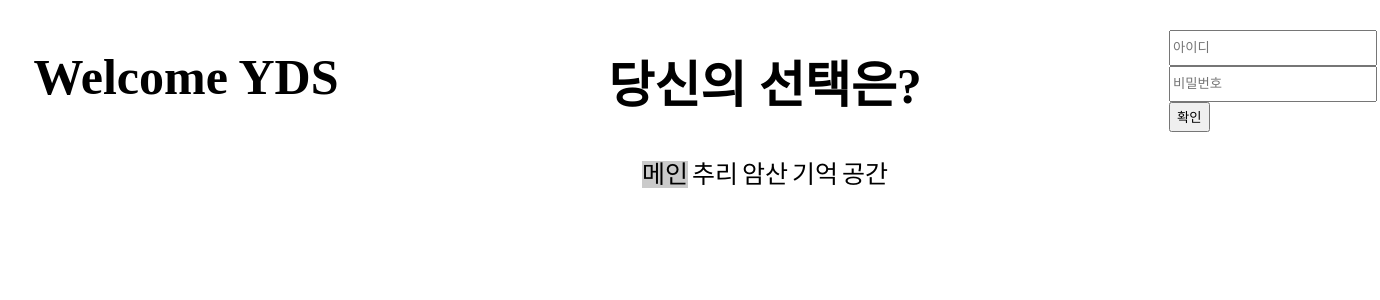
Repository: ejrtn/springbootMaven
Page: deoksu/src/main/resources/static/join.html
An editor plug-in stored every save of this project. The page is shown before and after the next save, followed by the edit.
The browser window is 1280 px wide. The page is 1380 px wide, so the pictures cover 1380 px, including what lies to the right of the window. The pictures show the whole page.

Above is the page before, as saved 2021-04-10 13:09:19.

### deoksu/src/main/resources/static/join.html
<!DOCTYPE html>
<html>
<head>
<meta charset="UTF-8">
<title>Insert title here</title>
<script src="http://code.jquery.com/jquery-latest.min.js"></script>
<script type="text/javascript">
function chkPW(){

 	var pw = $("#password").val();
 	var num = pw.search(/[0-9]/g);
 	var eng = pw.search(/[a-z]/ig);
 	var spe = pw.search(/[`~!@@#$%^&*|₩₩₩'₩";:₩/?]/gi);

 	if(pw.length < 8 || pw.length > 20){
  		alert("8자리 ~ 20자리 이내로 입력해주세요.");
  		return false;
 	}else if(pw.search(/\s/) != -1){
  		alert("비밀번호는 공백 없이 입력해주세요.");
  		return false;
 	}else if(num < 0 || eng < 0 || spe < 0 ){
  		alert("영문,숫자, 특수문자를 혼합하여 입력해주세요.");
  		return false;
 	}else {
    	return true;
	}

}
</script>
</head>
<body>
	<div align="center">
		<table>
			<tr>
				<td>
					<h1 align="center" style="font-size: 50px; width: 350px; height:66px;">Welcome YDS</h1>
				</td>
				<td>
					<h1 align="center"  style="font-size: 50px; width: 400px; margin-left: 200px; margin-right: 200px;">당신의 선택은?</h1>
				</td>
				<td>
					<input type="text" placeholder="아이디" style="height: 30px; width: 200px;">
					<input type="password" placeholder="비밀번호" style="height: 30px; width: 200px;">
					<input type="button" value="확인" style="height: 30px;">
				</td>
			</tr>
			<tr align="center">
				<td></td>
				<td>
					<label style="font-size: 25px; cursor: pointer; background-color: #9e9e9e8c;" onclick="location.href='/'">메인</label>
					<label style="font-size: 25px; cursor: pointer;" onclick="location.href='sudoku'">추리</label>
					<label style="font-size: 25px; cursor: pointer;" onclick="location.href='math'">암산</label>
					<label style="font-size: 25px; cursor: pointer;" onclick="location.href='memorization'">기억</label>
					<label style="font-size: 25px; cursor: pointer;" onclick="location.href='space'">공간</label>
				</td>
				<td></td>
			</tr>
		</table>
	</div>


</body>
</html>

After the next save:
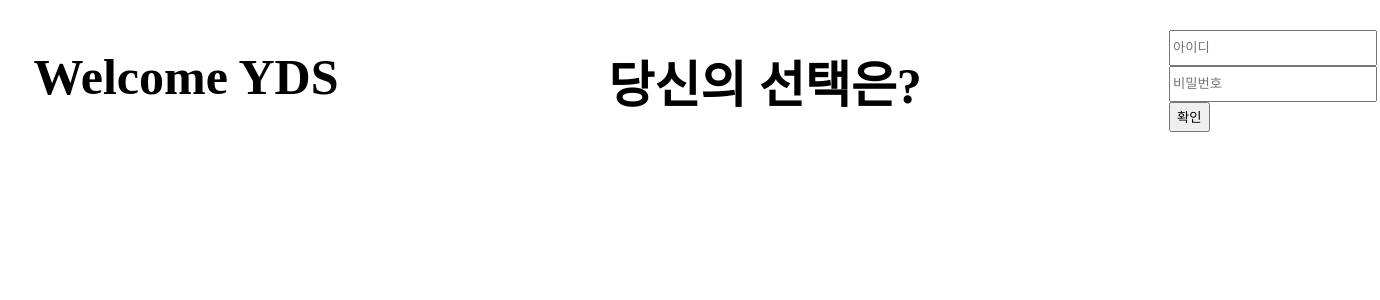
Saved 21 s later.
--- a/deoksu/src/main/resources/static/join.html
+++ b/deoksu/src/main/resources/static/join.html
@@ -44,17 +44,6 @@ function chkPW(){
 					<input type="button" value="확인" style="height: 30px;">
 				</td>
 			</tr>
-			<tr align="center">
-				<td></td>
-				<td>
-					<label style="font-size: 25px; cursor: pointer; background-color: #9e9e9e8c;" onclick="location.href='/'">메인</label>
-					<label style="font-size: 25px; cursor: pointer;" onclick="location.href='sudoku'">추리</label>
-					<label style="font-size: 25px; cursor: pointer;" onclick="location.href='math'">암산</label>
-					<label style="font-size: 25px; cursor: pointer;" onclick="location.href='memorization'">기억</label>
-					<label style="font-size: 25px; cursor: pointer;" onclick="location.href='space'">공간</label>
-				</td>
-				<td></td>
-			</tr>
 		</table>
 	</div>
 
